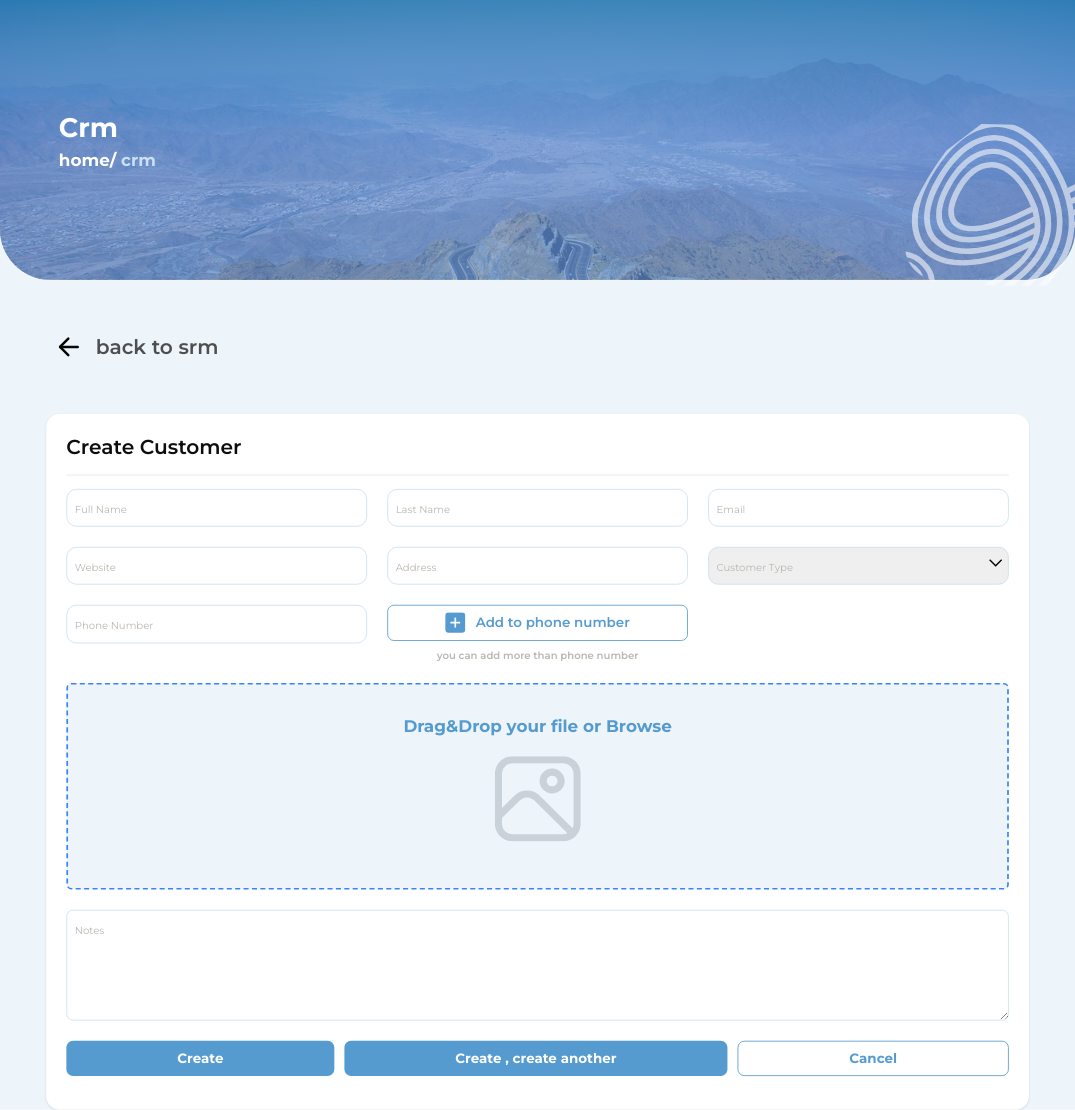
Repository: Abdelrhman-asker-smart/JsdcPIF
Page: create-customer.html
The author's editor kept a copy of each file at every save. The page is drawn from the files as they stood at one save, then again after the next save.
The browser window is 1280 px wide. The pictures show the whole page, at 84% of full size.
Some web libraries are served in a nearby version.

Above is the page before, as saved 2025-03-09 14:37:55.

After the next save:
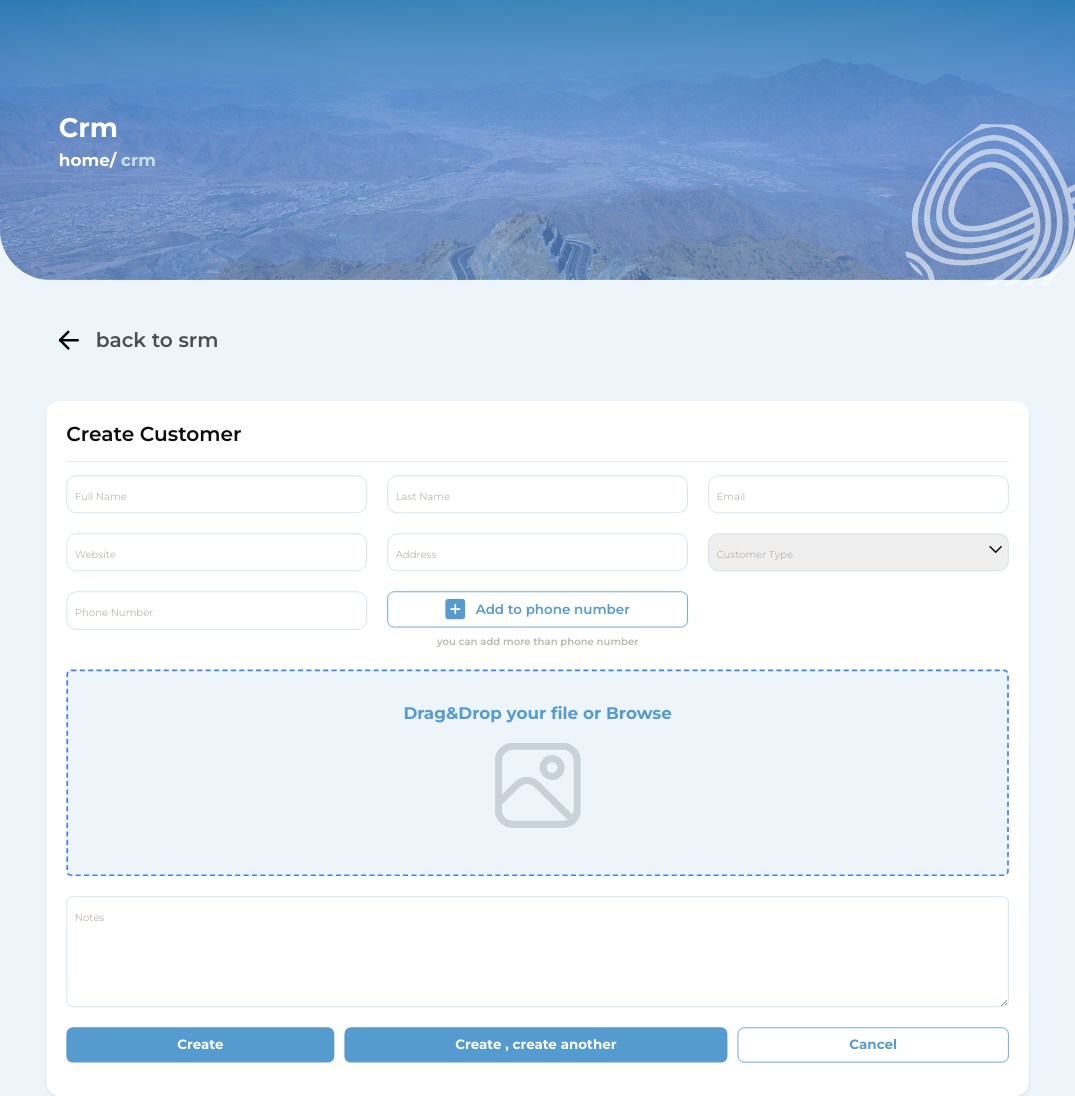
Saved 5 s later.
--- a/create-customer.html
+++ b/create-customer.html
@@ -113,7 +113,7 @@
     </div>
   </div>
   <!-- Back Button -->
-  <div class="container flex items-center gap-5 my-16">
+  <div class="container flex items-center gap-5 my-14">
     <svg width="24" height="24" viewBox="0 0 24 24" fill="none" xmlns="http://www.w3.org/2000/svg">
       <g clip-path="url(#clip0_318_2435)">
         <path d="M22.5469 12H1.45312" stroke="#050504" stroke-width="3" stroke-linecap="round"
